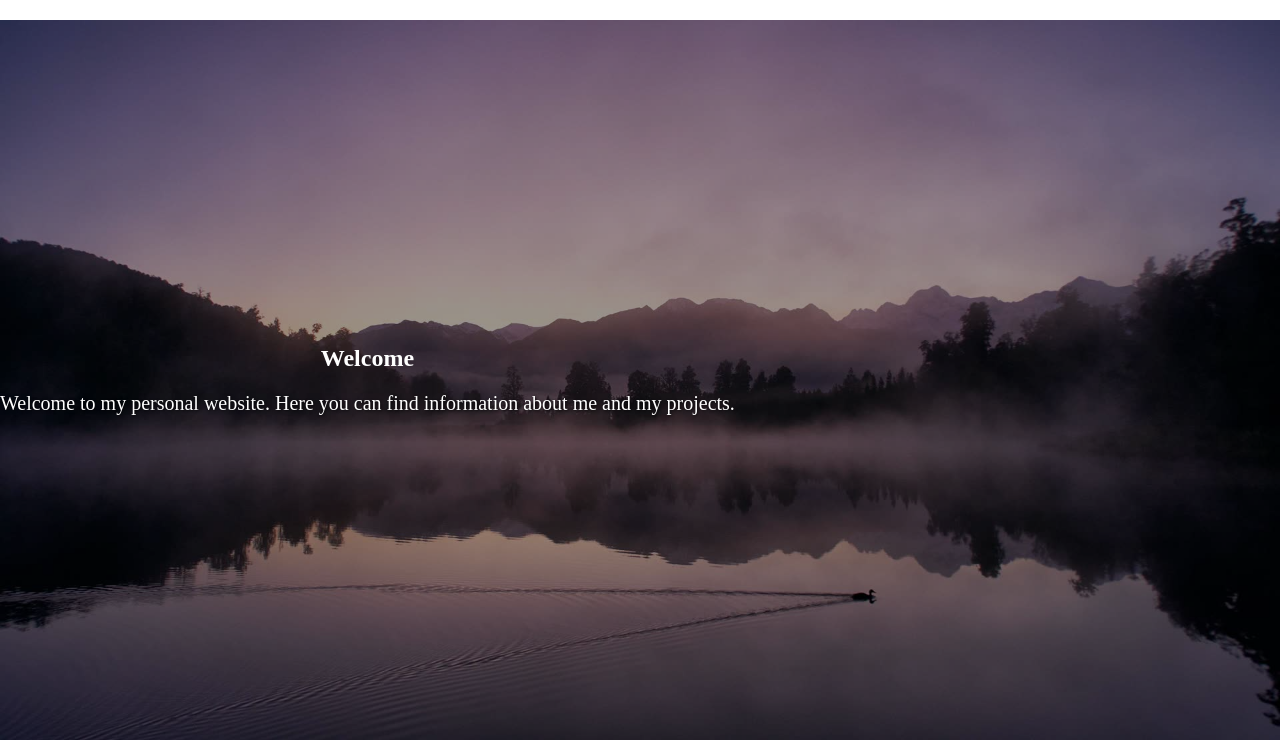
Repository: cydxf/cydxf.github.io
Page: index.html
An editor plug-in stored every save of this project. The page is shown before and after the next save, followed by the edit.
The browser window is 1280 px wide. The pictures show the whole page.

Above is the page before, as saved 2024-08-02 01:40:29.

### index.html
<!DOCTYPE html>
<html lang="en">
<head>
    <meta charset="UTF-8">
    <meta name="viewport" content="width=device-width, initial-scale=1.0">
    <title>My Personal Website</title>
    <link rel="stylesheet" href="css/styles.css">
</head>
<body>
    <main>
        <section id="home" class="hero">
            <div class="hero-content">
                <h2>Welcome</h2>
                <p>Welcome to my personal website. Here you can find information about me and my projects.</p>
            </div>
        </section>
        <section id="about">
            <h2>About Me</h2>
            <p>This is the about section where you can find more information about me.</p>
        </section>
        <section id="projects">
            <h2>Projects</h2>
            <p>Here are some of my recent projects.</p>
            <ul>
                <li>Project 1</li>
                <li>Project 2</li>
                <li>Project 3</li>
            </ul>
        </section>
        <section id="contact">
            <h2>Contact</h2>
            <p>If you want to get in touch, please contact me via email.</p>
        </section>
    </main>
    <footer>
        <p>&copy; 2024 Huang Jiaxi</p>
    </footer>
    <script src="js/script.js"></script>
    </head>
</body>
</html>

### css/styles.css
body, html {
    margin: 0;
    padding: 0;
    height: 100%;
    width: 100%;
}

.hero {
    position: absolute;
    width: 100%;
    height: 100vh; /* Viewport height */
    left: 0;
    top: 0;
    background-image: url('../resource/image/1.png'); /* 首页大图  */
    background-size: cover;
    background-position: center;
    background-repeat: no-repeat;
    color: #fff;
    display: flex;
    justify-content: left;
    align-items: center;
    text-align: center;
    color: #fff;
}

.hero:before{
    content: '';
    position: absolute;
    top: 0;
    left: 0;
    width: 100%;
    height: 100%;
    background: rgba(0, 0, 0, 0.4);
    z-index: 1;
}

.hero-content {
    position: relative;
    z-index: 2;
}

.hero h1 {
    font-size: 3rem; /* 适当调整标题字体大小 */
    margin: 0;
    padding: 0;
    text-shadow: 2px 2px 4px rgba(0, 0, 0, 0.7); /* 添加文本阴影使其更清晰 */
}

.hero p {
    font-size: 1.25rem; /* 适当调整副标题字体大小 */
    margin-top: 0.5rem;
    text-shadow: 1px 1px 3px rgba(0, 0, 0, 0.7); /* 添加文本阴影使其更清晰 */
}

main {
    padding: 20px;
}

section {
    margin: 20px 0;
}

footer {
    background: #333;
    color: #fff;
    text-align: center;
    padding: 10px;
}

footer p {
    margin: 0;
}

### js/script.js
document.addEventListener("DOMContentLoaded", function() {
    const links = document.querySelectorAll("nav ul li a");

    links.forEach(link => {
        link.addEventListener("click", function(event) {
            event.preventDefault();
            const targetId = this.getAttribute("href").substring(1);
            const targetSection = document.getElementById(targetId);
            window.scrollTo({
                top: targetSection.offsetTop,
                behavior: "smooth"
            });
        });
    });
});

After the next save:
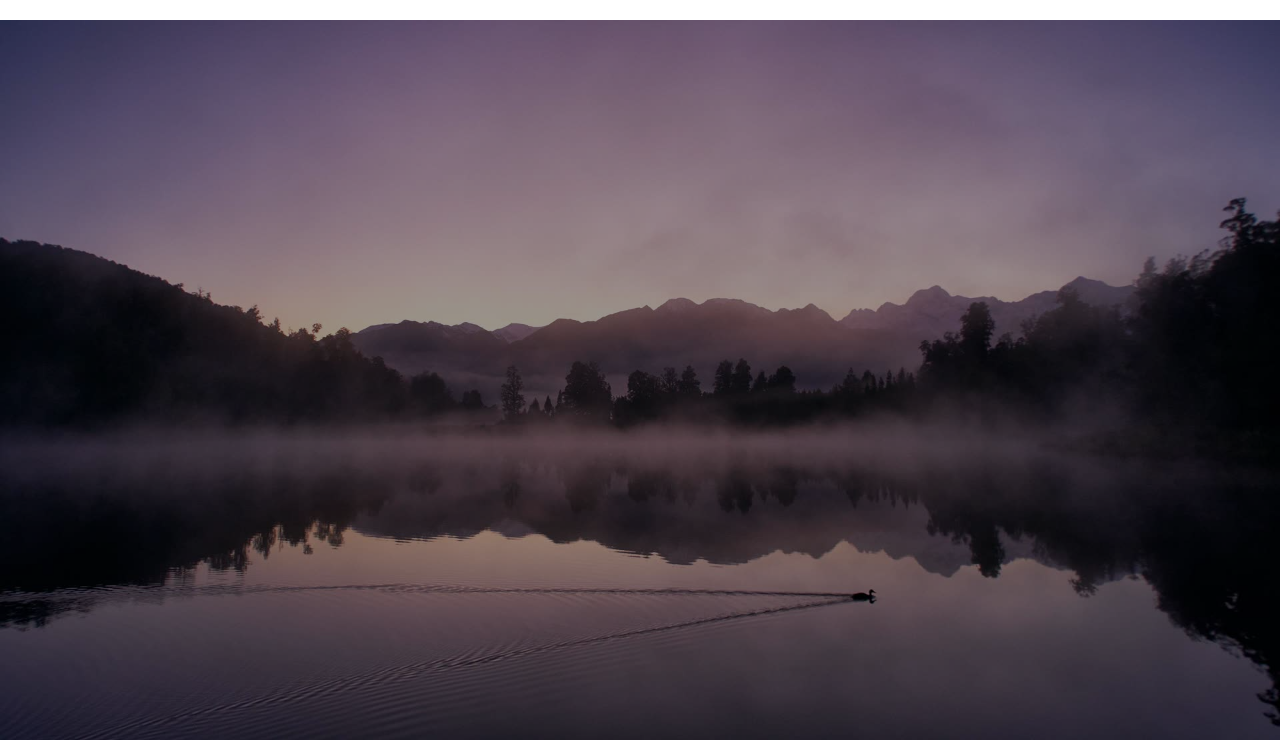
Saved 26 s later.
--- a/css/styles.css
+++ b/css/styles.css
@@ -3,6 +3,7 @@
     padding: 0;
     height: 100%;
     width: 100%;
+    font-size: 0;
 }
 
 .hero {

After the save that followed:
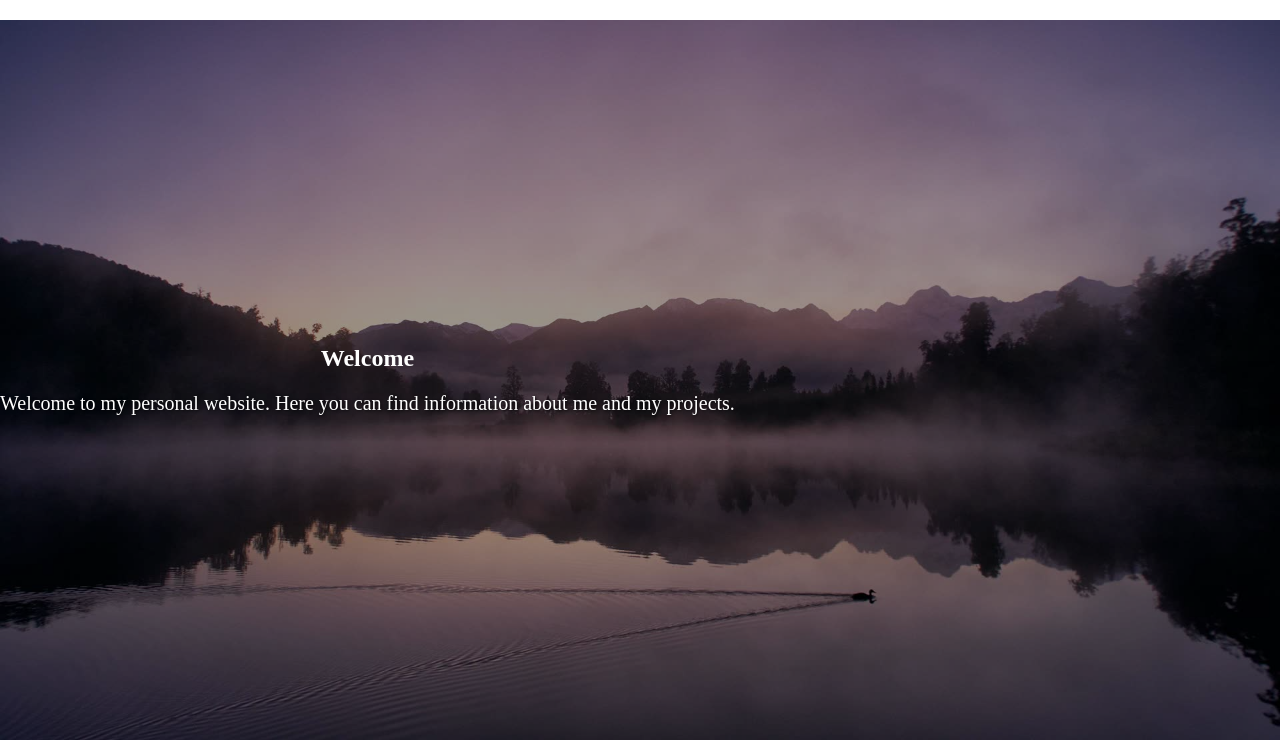
Saved 66 s later.
--- a/css/styles.css
+++ b/css/styles.css
@@ -3,7 +3,6 @@
     padding: 0;
     height: 100%;
     width: 100%;
-    font-size: 0;
 }
 
 .hero {
@@ -14,7 +13,6 @@
     top: 0;
     background-image: url('../resource/image/1.png'); /* 首页大图  */
     background-size: cover;
-    background-position: center;
     background-repeat: no-repeat;
     color: #fff;
     display: flex;
